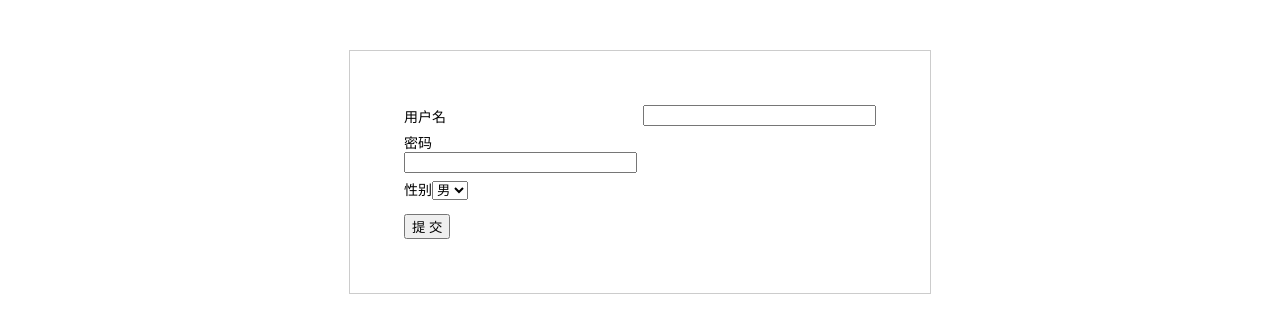
Repository: tangqingyun/java
Page: http://localhost/tamny_blog/Reg.jsp
An editor plug-in stored every save of this project. The page is shown before and after the next save, followed by the edit.
The browser window is 1280 px wide. The pictures show the whole page.
The page is served by Tomcat 9. Nobody is signed in. The application's start-up code is not run.

Above is the page before, as saved 2015-01-21 07:50:24.

After the next save:
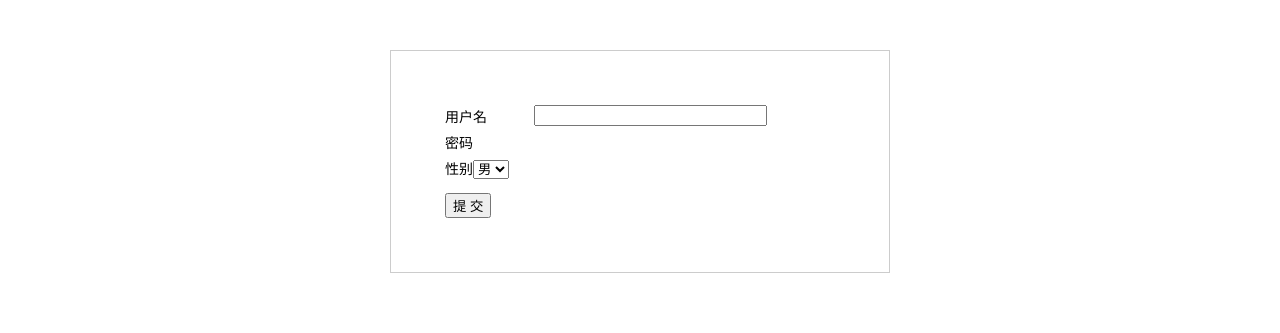
Saved 4 s later.
--- a/tamny_blog/WebContent/Reg.jsp
+++ b/tamny_blog/WebContent/Reg.jsp
@@ -22,7 +22,7 @@
 			</tr>
 
 			<tr>
-				<td>密码<input type="text" name="user.userpwd" size="26" /></td>
+				<td>密码</td>
 			</tr>
 
 			<tr>
